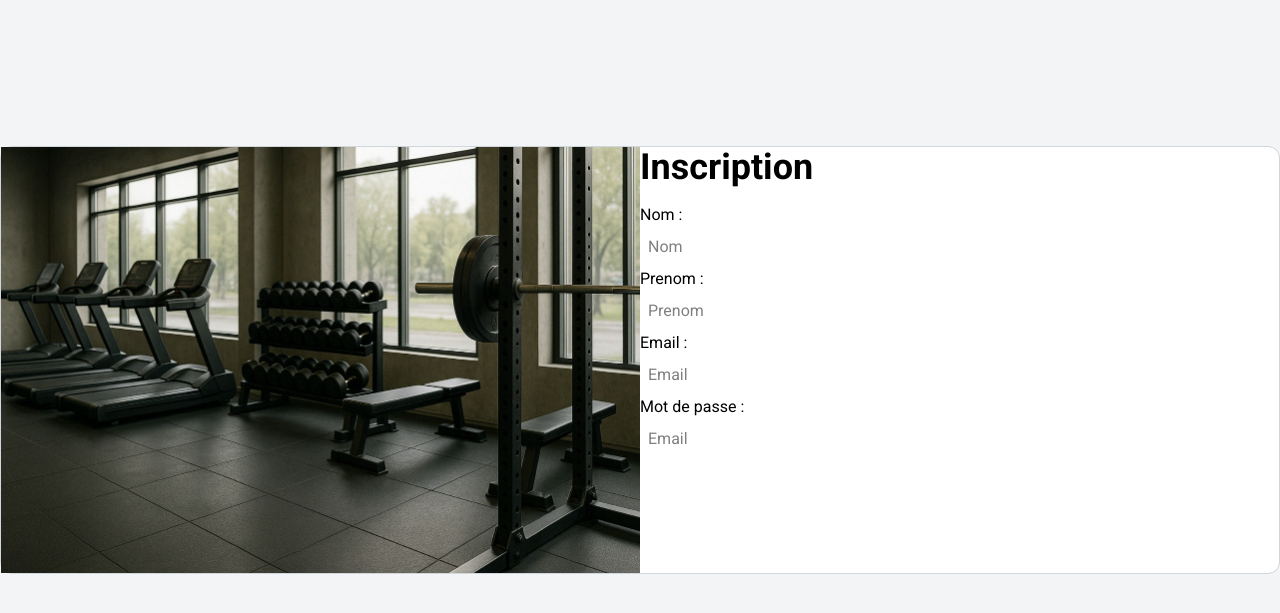
Repository: fahchouchsm/clubSportifWeb
Page: src/pages/inscription.html
These files come from the project's save history. The page is drawn as it stood at one moment and after the next save; the edit follows.
The browser window is 1280 px wide. The pictures show the whole page.

Above is the page before, as saved 2025-04-16 19:42:00.

### src/pages/inscription.html
<!doctype html>
<html lang="en">
  <head>
    <meta charset="UTF-8" />
    <meta name="viewport" content="width=device-width, initial-scale=1.0" />
    <link href="../css/output.css" rel="stylesheet" />
    <link rel="stylesheet" href="../css/main.css" />
    <link rel="stylesheet" href="../css/style.css" />
    <title>Document</title>
  </head>
  <body>
    <div
      class="flex h-screen w-screen items-center justify-center bg-gray-100 px-10"
    >
      <main
        class="mx-auto flex rounded-xl border border-gray-300 bg-white shadow-lg shadow-gray-400"
      >
        <img
          src="../../public/imgs/salleInterieur.jpeg"
          class="h-full w-1/2 rounded-s-lg object-cover"
          alt=""
        />
        <form
          action="../php/inscription.php"
          method="post"
          class="flex w-1/2 flex-col gap-4 p-6"
        >
          <h1 class="text-4xl font-bold">Inscription</h1>
          <!-- inputs -->
          <div class="grid w-full grid-cols-2 gap-4">
            <!-- Nom -->
            <div class="">
              <label for="nom"> Nom : </label>
              <input
                class="input-style"
                type="text"
                name="nom"
                id="nom"
                placeholder="Nom"
                pattern="[a-zA-Z ]{3,30}"
                required
              />
            </div>
            <!-- Prenom -->
            <div class="">
              <label for="prenom">Prenom :</label
              ><input
                type="text"
                class="input-style"
                name="prenom"
                placeholder="Prenom"
                pattern="[a-zA-Z ]{3,30}"
                id="prenom"
                required
              />
            </div>
            <!-- Email -->
            <div class="col-span-2">
              <label for="email">Email :</label
              ><input
                type="text"
                class="input-style"
                name="email"
                placeholder="Email"
                pattern="[a-zA-Z0-9._%+-]+@[a-zA-Z0-9.-]+\.[a-zA-Z]{2,}"
                id="email"
                required
              />
            </div>
            <!-- Password -->
            <div class="col-span-2">
              <label for="pass">Mot de passe :</label
              ><input
                type="text"
                class="input-style"
                name="pass"
                placeholder="Email"
                pattern="[a-zA-Z0-9._%+-]+@[a-zA-Z0-9.-]+\.[a-zA-Z]{2,}"
                id="email"
                required
              />
            </div>
          </div>
          <button type="submit" class="ml-auto bg-gray-500 text-white">
            S'inscrire
          </button>
        </form>
      </main>
    </div>
    <script src="../js/style.js"></script>
  </body>
</html>

### src/css/main.css
@import url("https://fonts.googleapis.com/css2?family=Roboto:wght@400;700&display=swap");

body {
  font-family: "Roboto", sans-serif;
}

### src/css/style.css
/* styles.css */
.input-style {
  @apply block w-full rounded-lg border-2 border-gray-300 p-2 focus:border-blue-500 focus:outline-none;
}

Loaded but not shown: src/js/style.js (39 lines, source omitted); src/css/output.css (1058 lines, source omitted)

After the next save:
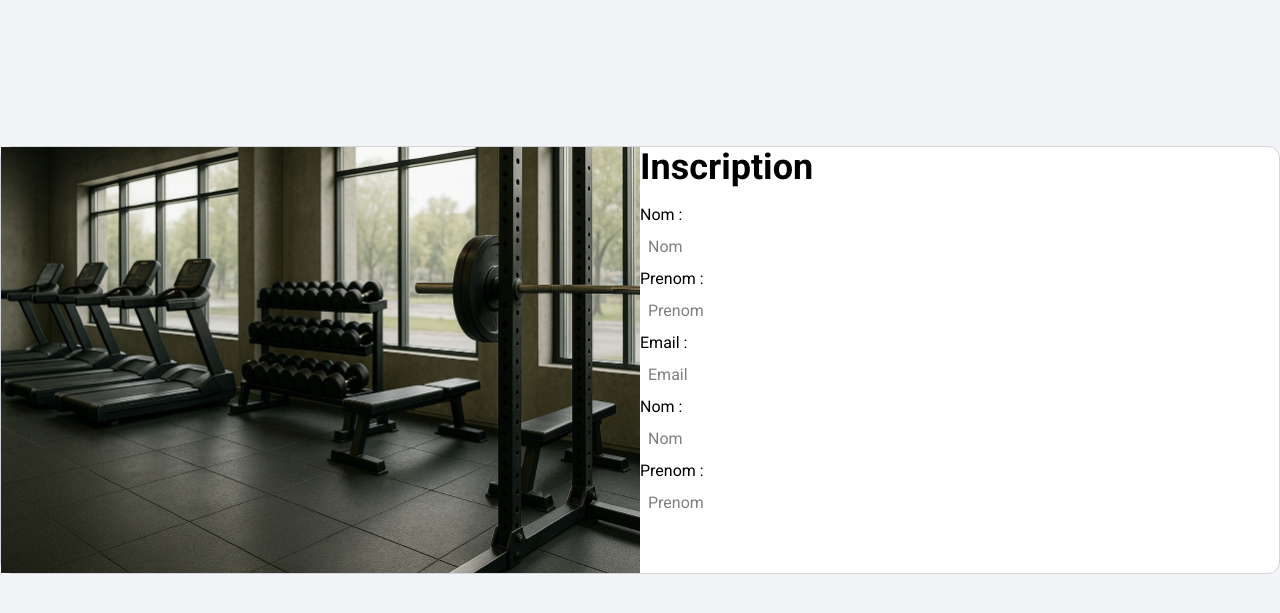
Saved 33 s later.
--- a/src/pages/inscription.html
+++ b/src/pages/inscription.html
@@ -67,16 +67,29 @@
                 required
               />
             </div>
-            <!-- Password -->
-            <div class="col-span-2">
-              <label for="pass">Mot de passe :</label
+            <!-- Nom -->
+            <div class="">
+              <label for="nom"> Nom : </label>
+              <input
+                class="input-style"
+                type="text"
+                name="nom"
+                id="nom"
+                placeholder="Nom"
+                pattern="[a-zA-Z ]{3,30}"
+                required
+              />
+            </div>
+            <!-- Prenom -->
+            <div class="">
+              <label for="prenom">Prenom :</label
               ><input
                 type="text"
                 class="input-style"
-                name="pass"
-                placeholder="Email"
-                pattern="[a-zA-Z0-9._%+-]+@[a-zA-Z0-9.-]+\.[a-zA-Z]{2,}"
-                id="email"
+                name="prenom"
+                placeholder="Prenom"
+                pattern="[a-zA-Z ]{3,30}"
+                id="prenom"
                 required
               />
             </div>
